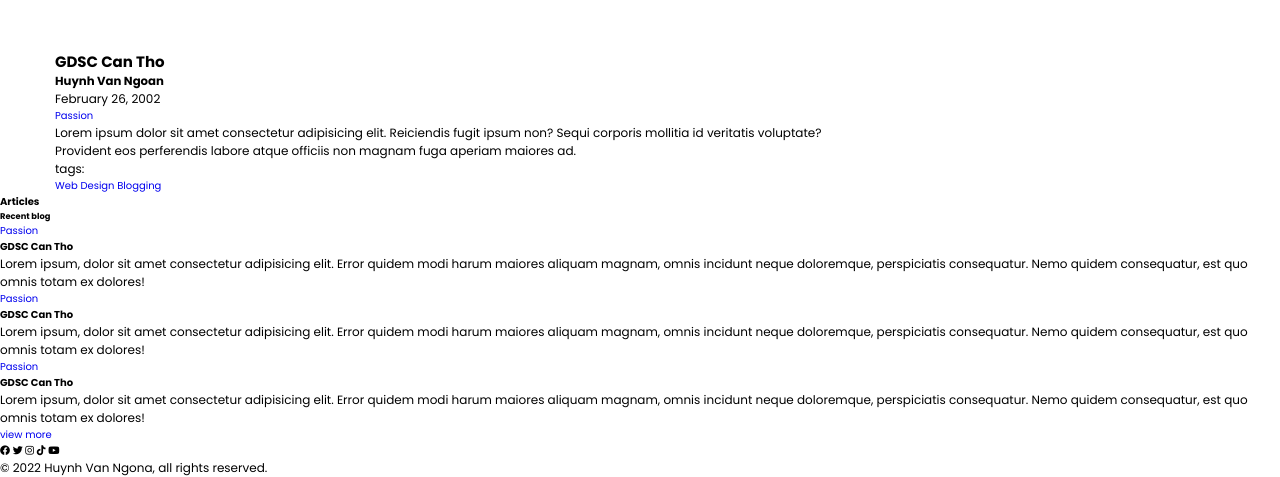
Repository: huynhvanngoan/TaskTeam5
Page: BlogPost/HTML/index.html
The author's editor kept a copy of each file at every save. The page is drawn from the files as they stood at one save, then again after a run of saves.
The browser window is 1280 px wide. The pictures show the part of the page from y = 620 to 1097 px (the page is 1097 px tall).

Above is the page before, as saved 2022-10-17 00:32:44.

### BlogPost/HTML/index.html
<!DOCTYPE html>
<html lang="en">

<head>
    <meta charset="UTF-8">
    <meta http-equiv="X-UA-Compatible" content="IE=edge">
    <meta name="viewport" content="width=device-width, initial-scale=1.0">
    <title>Blog Post</title>
    <link rel="stylesheet" href="../CSS/style.css">

    <link rel="stylesheet" href="https://cdnjs.cloudflare.com/ajax/libs/font-awesome/6.2.0/css/all.min.css"
        referrerpolicy="no-referrer" />
</head>

<body>
    <header>
        <div class="navbar container">
            <div class="logo">
                <h1>GDSC Can Tho</h1>
            </div>
            <ul class="nav-list">
                <li><a href="#">Home</a></li>
                <li><a href="#">Work</a></li>
                <li><a href="#">Blog</a></li>
                <li><a href="#">Service</a></li>
                <li><a href="#">About Us</a></li>
                <li><a href="#">Contact Us</a></li>
            </ul>
        </div>
    </header>
    <div class="container">
        <div class="hero"> </div>
        <main>
            <h2>GDSC Can Tho </h2>
            <div class="profile-container">
                <div class="profile">
                    <div class="img-container">

                    </div>
                    <div class="text">
                        <h3>Huynh Van Ngoan</h3>
                        <p>February 26, 2002</p>
                    </div>
                    <div class="button">
                        <a href="#" class="btn">Passion</a>
                    </div>
                </div>
                <div class="content">
                    <p>Lorem ipsum dolor sit amet consectetur adipisicing elit. Reiciendis fugit ipsum non? Sequi corporis mollitia id veritatis voluptate? Provident eos perferendis labore atque officiis non magnam fuga aperiam maiores ad.</p>
                </div>
            </div>
            <div class="tags">
                <p>tags: </p>
                <a href="#">Web Design</a>
                <a href="#">Blogging</a>
            </div>
        </main>
    </div>
    <div class="articles">
        <div class="articles-heading">
            <h4>Articles</h4>
            <h5>Recent blog</h5>
        </div>
        <div class="cards-container">
            <div class="card-container one">
                <div class="img-holder">
                    <a href="#">Passion</a>
                </div>
                <div class="card-text">
                    <h4>GDSC Can Tho</h4>
                    <p>Lorem ipsum, dolor sit amet consectetur adipisicing elit. Error quidem modi harum maiores aliquam magnam, omnis incidunt neque doloremque, perspiciatis consequatur. Nemo quidem consequatur, est quo omnis totam ex dolores!</p>
                </div>
            </div>
            <div class="card-container one">
                <div class="img-holder">
                    <a href="#">Passion</a>
                </div>
                <div class="card-text">
                    <h4>GDSC Can Tho</h4>
                    <p>Lorem ipsum, dolor sit amet consectetur adipisicing elit. Error quidem modi harum maiores aliquam magnam,
                        omnis incidunt neque doloremque, perspiciatis consequatur. Nemo quidem consequatur, est quo omnis totam ex
                        dolores!</p>
                </div>
            </div>
            <div class="card-container one">
                <div class="img-holder">
                    <a href="#">Passion</a>
                </div>
                <div class="card-text">
                    <h4>GDSC Can Tho</h4>
                    <p>Lorem ipsum, dolor sit amet consectetur adipisicing elit. Error quidem modi harum maiores aliquam magnam,
                        omnis incidunt neque doloremque, perspiciatis consequatur. Nemo quidem consequatur, est quo omnis totam ex
                        dolores!</p>
                </div>
            </div>
        </div>
        <div class="button">
            <a href="#" class="btn">view more</a>
        </div>
    </div>
    <footer>
        <div class="icons">
            <div class="social">
                <i class="fab fa-facebook"></i>
                <i class="fab fa-twitter"></i>
                <i class="fab fa-instagram"></i>
                <i class="fab fa-tiktok"></i>
                <i class="fab fa-youtube"></i>
            </div>
            <div class="copyright">
                <p>&copy; 2022 Huynh Van Ngona, all rights reserved.</p>
            </div>
        </div>
    </footer>
</body>

</html>

### BlogPost/CSS/style.css
/* Google font cdn link */
@import url('https://fonts.googleapis.com/css2?family=Poppins:ital,wght@0,100;0,200;0,300;0,400;0,500;0,600;0,700;0,800;0,900;1,100;1,200;1,300;1,400;1,500;1,600;1,700;1,800;1,900&display=swap');

* {
    margin: 0;
    padding: 0;
    box-sizing: border-box;
    font-family: 'Poppins', sans-serif;
}

html{
    font-size: 10px;
}
li{
    list-style: none;
}
a{
    text-decoration: none;
}
h1{
    font-size: 1.9rem;
}
p{
    font-size: 1.2rem;
}
header{
    width: 100%;
    height: 5em;
    background-color: aliceblue;
    position: fixed;
    top: 0;
    z-index: 333;
}
.container{
    width: 96%;
    max-width: 117rem;
    margin: 0 auto;
}
.navbar {
    width: 100%;
    height: 100%;
    display: flex;
    justify-content: space-between;
    align-items: center;
    padding: 0 1.5rem;
}
.navbar h1{
    text-transform: uppercase;
    color:#5b5963;
    font-weight: 600;
    letter-spacing: 2px;
    cursor: pointer;
}
.navbar ul{
    display: flex;
    justify-content: center;
    align-items: center;
}
.navbar ul a{
    font-size: 1.2rem;
    padding: 1.5rem;
    text-transform: uppercase;
    color: #5b5963;
    font-weight:400;
    letter-spacing:2px;
    transition: all 0.4s ease;
}
.navbar ul a:hover{
    color:white;
    background-color: rgb(183, 240, 160);
}
.hero{
    max-width: 100vh;
    height: 57rem;
    background: url(../Images/Background.JPG) no-repeat center center / cover;
    margin: 5rem auto;
}
main{
    width: 100%;
    max-width: 80rem;
    bg

}

After the next 2 saves:
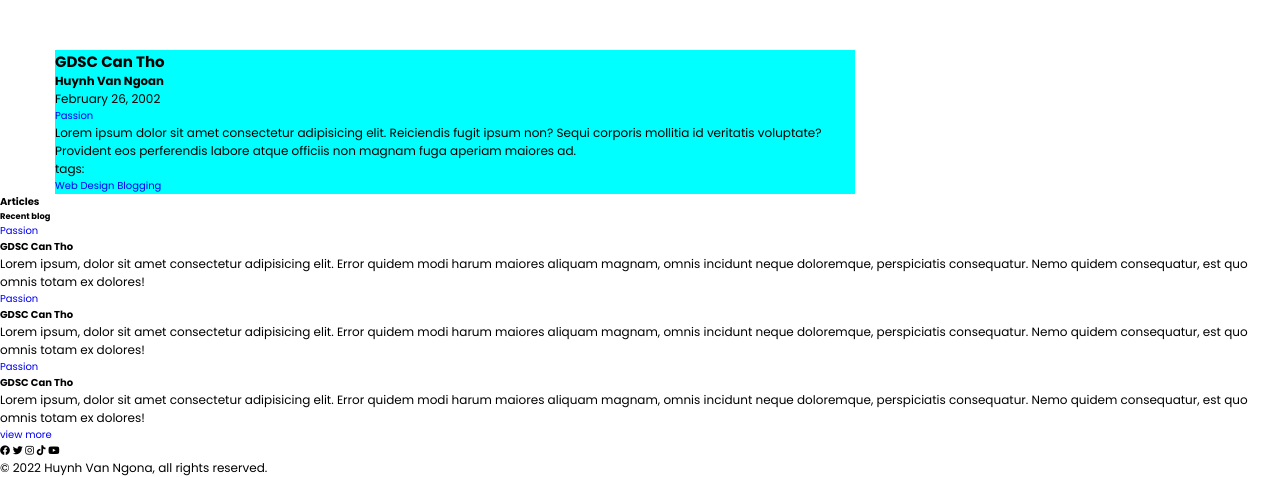
The 2 saves are shown as one change because they came seconds apart.
The last was saved 7 s later.
--- a/BlogPost/CSS/style.css
+++ b/BlogPost/CSS/style.css
@@ -78,6 +78,6 @@ header{
 main{
     width: 100%;
     max-width: 80rem;
-    bg
+    background-color:aqua;
 
 }
